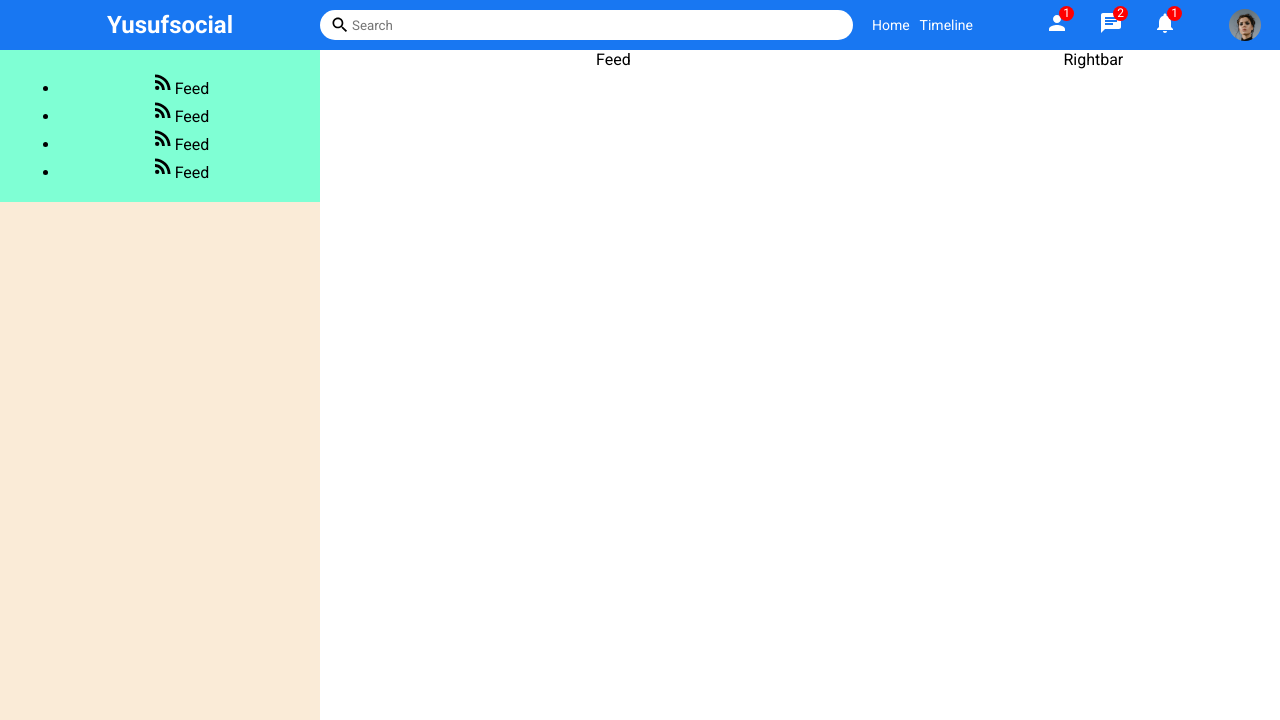
Repository: sevilgenysf/socialmediaapp
Page: /
The author's editor kept a copy of each file at every save. The page is drawn from the files as they stood at one save, then again after the next save.
The browser window is 1280 px wide. The pictures show the whole page.
The project was rebuilt for these pictures with package versions that can differ from the ones it lists, and the page was loaded fresh each time.

Above is the page before, as saved 2022-02-16 20:04:36.

After the next save:
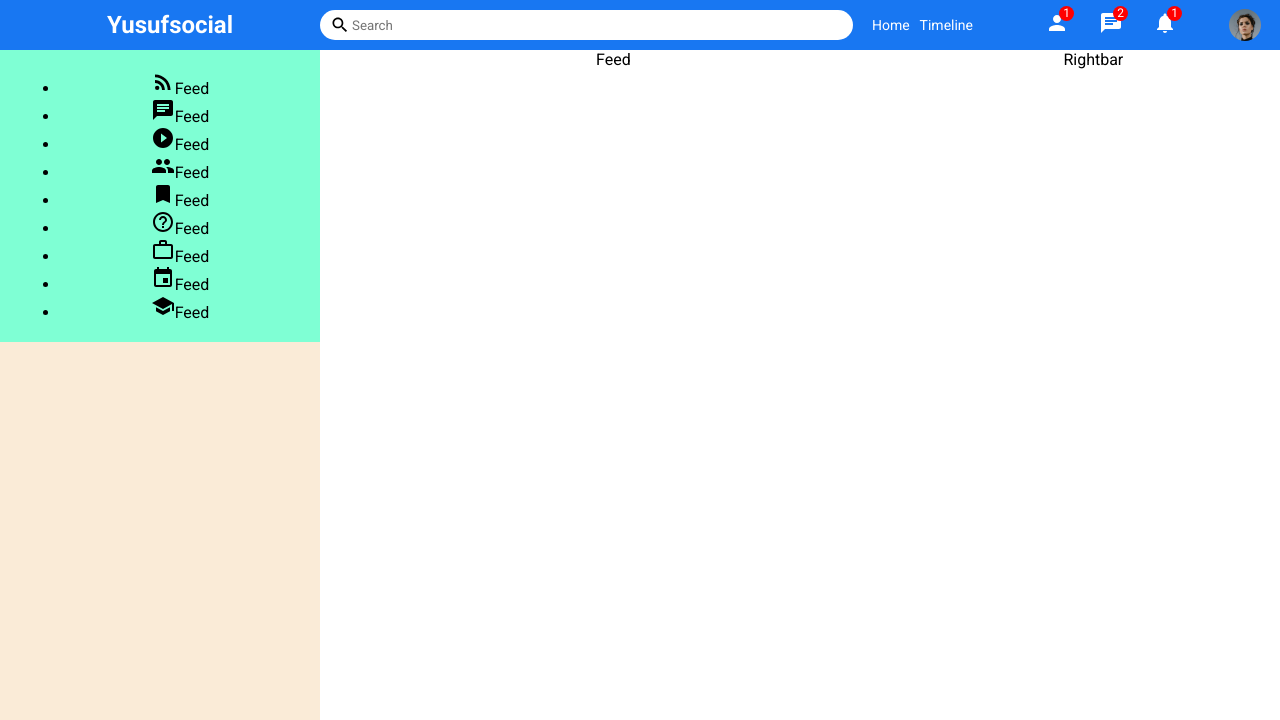
Saved 60 s later.
--- a/src/components/sidebar/Sidebar.jsx
+++ b/src/components/sidebar/Sidebar.jsx
@@ -22,15 +22,35 @@ const Sidebar = () => {
 						<span className="sidebarListItemText">Feed</span>
 					</li>
 					<li className="sidebarListItem">
-						<RssFeed className="sidebarIcon" />
+						<Chat className="sidebarIcon" />
 						<span className="sidebarListItemText">Feed</span>
 					</li>
 					<li className="sidebarListItem">
-						<RssFeed className="sidebarIcon" />
+						<PlayCircleFilledOutlined className="sidebarIcon" />
 						<span className="sidebarListItemText">Feed</span>
 					</li>
 					<li className="sidebarListItem">
-						<RssFeed className="sidebarIcon" />
+						<Group className="sidebarIcon" />
+						<span className="sidebarListItemText">Feed</span>
+					</li>
+					<li className="sidebarListItem">
+						<Bookmark className="sidebarIcon" />
+						<span className="sidebarListItemText">Feed</span>
+					</li>
+					<li className="sidebarListItem">
+						<HelpOutline className="sidebarIcon" />
+						<span className="sidebarListItemText">Feed</span>
+					</li>
+					<li className="sidebarListItem">
+						<WorkOutline className="sidebarIcon" />
+						<span className="sidebarListItemText">Feed</span>
+					</li>
+					<li className="sidebarListItem">
+						<Event className="sidebarIcon" />
+						<span className="sidebarListItemText">Feed</span>
+					</li>
+					<li className="sidebarListItem">
+						<School className="sidebarIcon" />
 						<span className="sidebarListItemText">Feed</span>
 					</li>
 				</ul>
